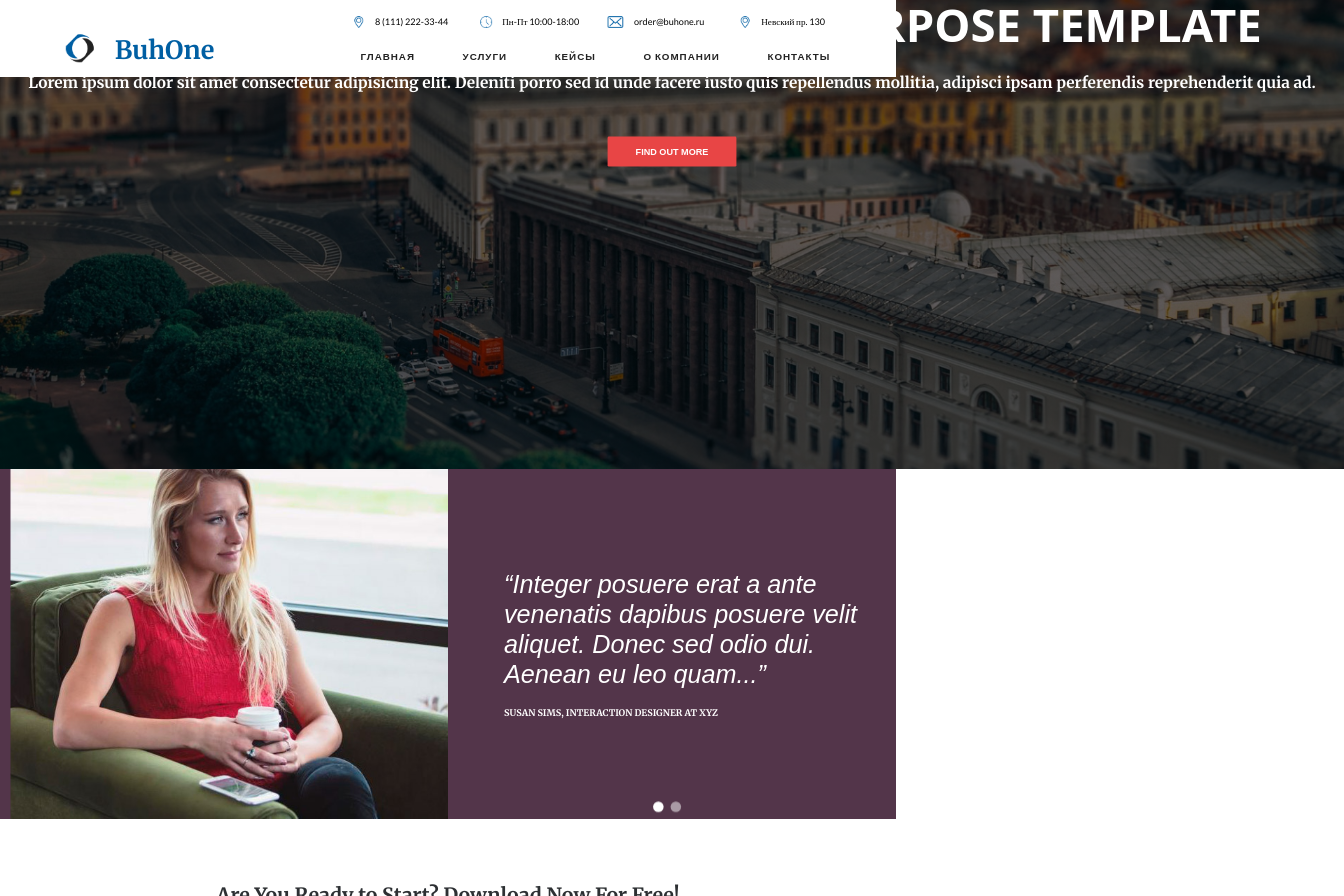
Repository: ZetsubouBilly/test
Page: index.html
The author's editor kept a copy of each file at every save. The page is drawn from the files as they stood at one save, then again after the next save.
The browser window is 1280 px wide. The page is 1920 px wide, so the pictures cover 1920 px, including what lies to the right of the window. The pictures show the part of the page from y = 0 to 1280 px (the page is 1803 px tall before and 1371 px after), at 70% of full size.

Above is the page before, as saved 2023-05-13 13:18:21.

After the next save:
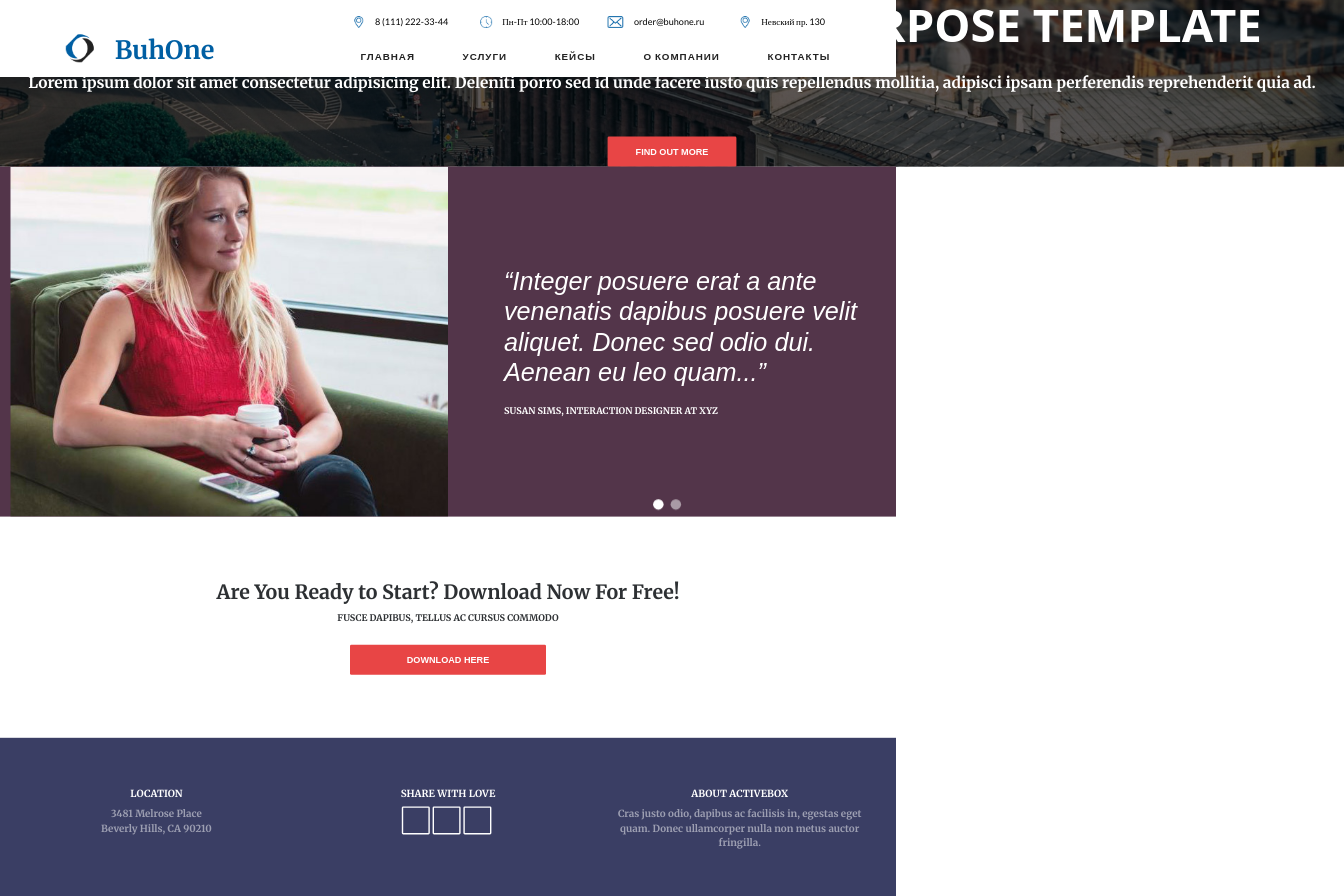
Saved 33 s later.
--- a/css/style.css
+++ b/css/style.css
@@ -176,7 +176,7 @@
   /* flex-direction: column; */
   /* justify-content: center; */
   width: 1920px;
-height: 670px;
+/* height: 670px; */
 margin: 0 auto;
 
 

After the save that followed:
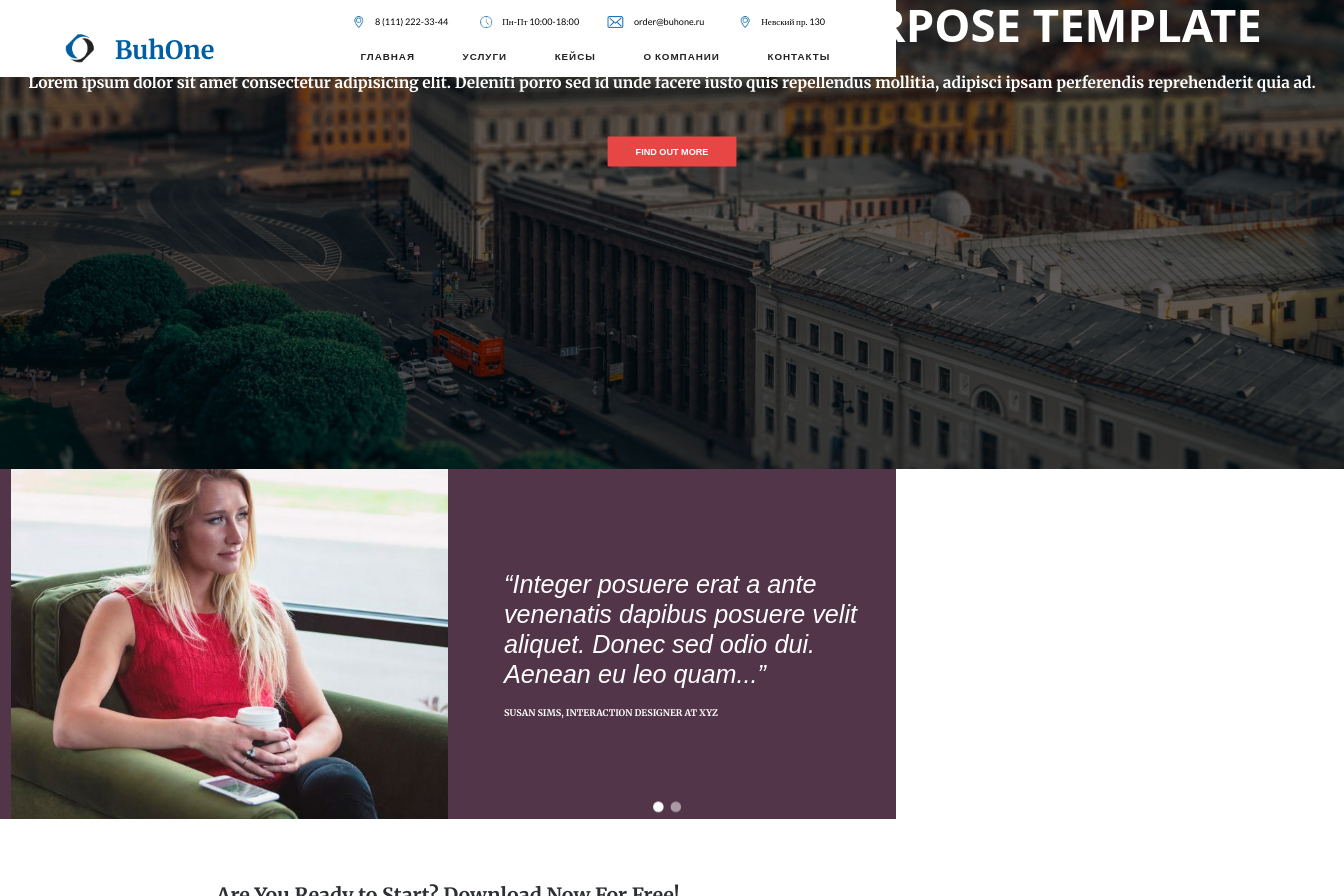
Saved 5 s later.
--- a/css/style.css
+++ b/css/style.css
@@ -176,7 +176,7 @@
   /* flex-direction: column; */
   /* justify-content: center; */
   width: 1920px;
-/* height: 670px; */
+height: 670px;
 margin: 0 auto;
 
 
